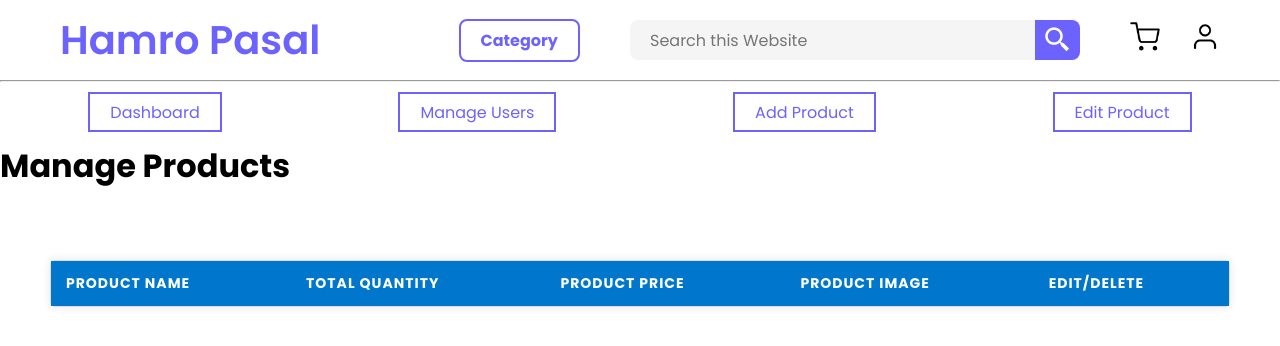
Repository: SuyogSky/Cloth-Shop
Page: http://localhost/HamroPasal/manageproducts
An editor plug-in stored every save of this project. The page is shown before and after the next save, followed by the edit.
The browser window is 1280 px wide. The pictures show the whole page.
Some web fonts or font styles are not loaded; a fallback is used. Some web libraries are served in a nearby version. The page is served by Tomcat 9. Other server files are loaded and not shown. Queries for data that is not in the repository find no rows.

Above is the page before, as saved 2023-06-02 04:32:18.

### HamroPasal/src/main/webapp/View/ManageProduct.jsp
<%@ page language="java" contentType="text/html; charset=ISO-8859-1" pageEncoding="ISO-8859-1" %>
  <%@taglib prefix="c" uri="http://java.sun.com/jsp/jstl/core" %>
      <%@ page import="java.util.Date" %>

    <!DOCTYPE html>
    <html>

    <head>
      <meta charset="UTF-8">
      <title>Insert title here</title>
      <style>
        .product-table {
          border-collapse: separate;
          border-spacing: 0;
          width: 100%;
          margin-top: 20px;
          border: 1px solid #ddd;
          border-radius: 5px;
          box-shadow: 0 0 10px rgba(0, 0, 0, 0.1);
        }

        .product-table th,
        .product-table td {
          padding: 12px 15px;
          text-align: left;
        }

        .product-table th {
          background-color: #0077cc;
          color: #fff;
          text-transform: uppercase;
          font-size: 14px;
          font-weight: 700;
          letter-spacing: 1px;
        }

        .product-table td {
          background-color: #f9f9f9;
          font-size: 14px;
          font-weight: 400;
          color: #555;
          border-top: 1px solid #ddd;
        }

        .product-table tr:hover {
          background-color: #f5f5f5;
        }

        .product-table img {
          max-width: 100px;
          max-height: 100px;
          display: block;
          margin: 0 auto;
        }

        .product-table a {
          color: #0077cc;
          text-decoration: none;
          margin-right: 10px;
        }

        .product-table a:hover {
          text-decoration: underline;
        }

        .product-table tr:nth-child(even) {
          background-color: #f5f5f5;
        }
      </style>
      <link rel="stylesheet" href="https://unpkg.com/boxicons@latest/css/boxicons.min.css">
    <link rel="stylesheet" href="${pageContext.request.contextPath}/View/CSS/navbar.css">
    <link rel="stylesheet" href="${pageContext.request.contextPath}/View/CSS/AddProduct.css">
    <link rel="preconnect" href="https://fonts.googleapis.com">
    <link rel="preconnect" href="https://fonts.gstatic.com" crossorigin>
    <link href="https://fonts.googleapis.com/css2?family=Mochiy+Pop+One&family=Poppins:wght@100;200;300;400;500;600;700;800;900&display=swap" rel="stylesheet">
    <link rel="stylesheet" href="https://cdnjs.cloudflare.com/ajax/libs/font-awesome/6.3.0/css/all.min.css" integrity="sha512-SzlrxWUlpfuzQ+pcUCosxcglQRNAq/DZjVsC0lE40xsADsfeQoEypE+enwcOiGjk/bSuGGKHEyjSoQ1zVisanQ==" crossorigin="anonymous" referrerpolicy="no-referrer" />

    </head>

    <body>
    <header>
        <span class="logo">Hamro&nbsp;Pasal</span>
        <div class="right">
        	<a href="" class="dropbtn section">Category</a>
        	<div class="dropdown-content">
          		<a href="./category?by=price">By Price</a>
          		<a href="./category?by=sale">By Sales</a>
        	</div>

            <script>
    			const select = document.querySelector(".dropbtn")
    			const option = document.querySelector(".dropdown-content")

		    	select.addEventListener("mouseenter", ()=>{
    				option.style.display = "block";
    				option.style.top="80px";
    				option.style.opacity = "1";
    			})
    			option.addEventListener("mouseleave", ()=>{
    				option.style.top="-20%";
    				option.style.opacity = "0";
    			})
			</script>

            <form action="${pageContext.request.contextPath}/search" class="search-bar">
                <input type="text" name = "item-name" class="search-field" placeholder="Search this Website" onclick="searchClicked()">
                <input type="submit" id="search">
                <label for="search"><i class='bx bx-search-alt-2'></i></label>
            </form>
            <script>
            	const searchClicked = ()=>{
            		document.querySelector(".search-result").style.top="70px";
            		document.querySelector(".search-result").style.opacity="1";
            	}
            </script>
            <div class="icons">
                <div class="cart" onclick="cartClicked()">
                    <img src="${pageContext.request.contextPath}/View/Images/shopping-cart.png" alt="">
                </div>
                <div class="profile" onclick="profileClicked()">
                    <img src="${pageContext.request.contextPath}/View/Images/user.png" alt="">
                </div>
            </div>
        </div>
        <div class="profile-section">
        	<div class="top">
                <h1>User Profile</h1>
                <i class='bx bxl-xing' onclick="profileClicked()"></i>
            </div>
        	<% String email = null;
        	if(session.getAttribute("loggedInId") == null){
        	%>
            	<div class="middle">
	                <a href="${pageContext.request.contextPath}/View/AdminLogin.jsp">Login as Admin</a>
                	<a href="${pageContext.request.contextPath}/View/Login.jsp">Login as User</a>
        	<%} else{
        		email = session.getAttribute("loggedInId").toString();
        	%>
        		<h1>You are Logged In as <%= email %></h1>
        		<%if(session.getAttribute("adminEmail") != null){%>
        			<a href="${pageContext.request.contextPath}/index.jsp">Return to Home</a><br/>
        			<a href="${pageContext.request.contextPath}/View/AdminPage.jsp">Admin Page</a><br/>
        		<%}%>

        		<%if(session.getAttribute("adminEmail") == null && session.getAttribute("loggedInId") != null){%>
         			<a href="${pageContext.request.contextPath}/editProfile?email=<%=email%> class="edit-profile-btn">Edit Profile</a><br/>

        		<%}%>

        		<a href="${pageContext.request.contextPath}/logout">Log Out</a>
        	<%} %>
        	</div>
        </div>

        <div class="cart-section">
        	<div class="top">
                <h1>Cart Items</h1>
                <i class='bx bxl-xing' onclick="profileClicked()"></i>
            </div>
        	<div class="middle" id="middle">

            </div>
        	<div class="lower">
        		<span><p class="index">Total Price: </p><p class="total-price"></p></span>
        		<a href="" id = "order" onclick="clicked()">Order Now!</a>
        	</div>
        </div>
        <script>
            const profileClicked = () =>{
                const btn = document.querySelector(".profile")
                const mainDiv = document.querySelector(".profile-section")
                const cross = document.querySelector(".profile-section .top i")
                btn.addEventListener("click", ()=>{
                    mainDiv.classList.add("active");
                })
                cross.addEventListener("click", ()=>{
                    mainDiv.classList.remove("active");
                })
            }

            const cartClicked = () =>{
            	<%if(session.getAttribute("adminEmail") == null && session.getAttribute("loggedInId") != null){ %>
                const btn = document.querySelector(".cart")
                const mainDiv = document.querySelector(".cart-section")
                const cross = document.querySelector(".cart-section .top i")
                btn.addEventListener("click", ()=>{
                    mainDiv.classList.add("active");
                })
                cross.addEventListener("click", ()=>{
                    mainDiv.classList.remove("active");
                })


                let cartDisplay = document.getElementById("middle");
				let totalPriceDisp = document.querySelector(".lower .total-price");
                // Create an empty string to store the HTML content
                let cartHtml = "";
				let totalPrice = 0;
                // Loop through the cart object and generate HTML for each item
                cartItems.forEach((item) => {
                  cartHtml += `
                	<div class="item">
  						<img src=/HamroPasal/Images/`+item.image+`?v=${time}/>
  						<span>
  							<h3>`+item.name+`</h3>
	  						<p>Price: Rs. `+item.price+`</p>
	  					</span>
  					</div>
                  `;
                  totalPrice += parseInt(item.price);
                })


                // Set the innerHTML of the cart display element to the generated HTML content
                cartDisplay.innerHTML = cartHtml;
                totalPriceDisp.innerText = totalPrice;
                <%}else{%>
                	window.location.href = "./View/Login.jsp"
                <%}%>

            }

        </script>
    </header>
    <hr>
    <section class="admin-header" style="margin:10px 0">
    	    	<a href="${pageContext.request.contextPath}/View/AdminPage.jsp">Dashboard</a>
    	<a href="${pageContext.request.contextPath}/manageusers">Manage Users</a>
    	<a href="${pageContext.request.contextPath}/View/AddProduct.jsp">Add Product</a>
    	<a href="${pageContext.request.contextPath}/manageproducts">Edit Product</a>
    </section>

      <h1>Manage Products</h1>
      <div style="padding:50px;">
        <table class="product-table">
          <tr>
            <th>Product Name</th>
            <th>Total Quantity</th>
            <th>Product Price</th>
            <th>Product Image</th>
            <th>Edit/Delete</th>
          </tr>
          <c:forEach var="st" items="${productList}">
            <tr>
              <c:out value="${st.id}" />
              <c:out value="This is loop" />
              <td>${st.productName}</td>
              <td>${st.productQuantity}</td>
              <td>${st.productPrice}</td>
              <td><img src="Images/${st.productImagePath}" alt="Images/${st.productImagePath}" height="100px" width="100px"></td>
              <td>
                <div style="margin:10px;">
                  <a href="${pageContext.request.contextPath}/editproducts?id=${st.id}">Edit</a>
                </div>
                <div style="margin:10px;">
                  <a href="${pageContext.request.contextPath}/deleteproducts?id=${st.id}">Delete</a>
                </div>
              </td>
            </tr>
          </c:forEach>

        </table>
      </div>
      <script>

      </script>
    </body>

    </html>

### HamroPasal/src/main/java/controller/ManageProduct.java
package controller;

import java.io.IOException;
import java.util.ArrayList;

import javax.servlet.RequestDispatcher;
import javax.servlet.ServletException;
import javax.servlet.annotation.WebServlet;
import javax.servlet.http.HttpServlet;
import javax.servlet.http.HttpServletRequest;
import javax.servlet.http.HttpServletResponse;

import model.DbConnection;
import model.Product;

/**
 * Servlet implementation class ViewProducts
 */
@WebServlet("/manageproducts")
public class ManageProduct extends HttpServlet {
	private static final long serialVersionUID = 1L;


	public void service(HttpServletRequest request, HttpServletResponse response) throws ServletException, IOException {

		ArrayList<Product> product = null;

		product=new DbConnection().fetchProducts();
		request.setAttribute("productList",product);
		RequestDispatcher rd = request.getRequestDispatcher("View/ManageProduct.jsp");
		rd.forward(request, response);

	}


}

### HamroPasal/src/main/webapp/View/CSS/navbar.css
@charset "ISO-8859-1";@charset "ISO-8859-1";
*{
    margin: 0;
    padding: 0;
    box-sizing: border-box;
    font-family: 'Poppins', sans-serif;
}
:root{
    --mainColor: #6c63FF;
}
header{
    width: 100%;
    height: 80px;
    display: flex;
    align-items: center;
    justify-content: space-between;
    padding: 0 60px;
}
.logo{
    font-size: 40px;
    font-weight: 600;
    color: var(--mainColor);
}

/* Dropdown Button */
.dropbtn {
	border: 2px solid var(--mainColor);
    color: var(--mainColor);
    font-weight: 700;
    border-radius: 8px;
    padding: 7px 20px;
    outline: none;
    cursor: pointer;
    text-decoration: none;
}
/* Dropdown button on hover & focus */
.dropbtn:hover,
.dropbtn:focus {
  background-color: var(--mainColor);
  color: white;
}

/* The container <div> - needed to position the dropdown content */
.dropdown {
  position: relative;
  display: inline-block;
}

/* Dropdown Content (Hidden by Default) */
.dropdown-content {

  position: absolute;
  top: 0px;
  z-index: 1;
  background-color: #f9f9f9;
  min-width: 160px;
  box-shadow: 0px 8px 16px 0px rgba(0, 0, 0, 0.2);
  top: -20%;
  opacity: 0;
  transition: all 0.5s ease;
}

/* Links inside the dropdown */
.dropdown-content a {
  color: #333;
  padding: 12px 16px;
  text-decoration: none;
  display: block;
}
/* Change color of dropdown links on hover */
.dropdown-content a:hover {
  background-color: #f1f1f1;
}

.search-bar{
    border: none;
    outline: none;
    height: 40px;
    width: 450px;
    border-radius: 8px;
    background-color: #F5F5F5;
    display: flex;
    align-items: center;
    justify-content: space-between;
    overflow: hidden;
}
.search-field{
    border: none;
    outline: none;
    height: 100%;
    width: 100%;
    overflow: hidden;
    background: transparent;
    padding: 0 20px;
    font-size: 16px;
}
input[type="submit"]{
    display: none;
}
.search-bar label{
    width: 50px;
    height: 100%;
    display: flex;
    align-items: center;
    justify-content: center;
    font-size: 30px;
    color: white;
    background-color: var(--mainColor);
    cursor: pointer;
}
.cart img, .profile img{
    width: 30px;
    cursor: pointer;
}
.right{
    display: flex;
    height: 100%;
    align-items: center;
    gap: 50px;
}
.icons{
    height: 100%;
    display: flex;
    align-items: center;
    gap: 30px;
}

.profile-section{
	height: 100vh;
	width: 350px;
	position: fixed;
    right: -100%;
    top: 0;
    background-color: rgb(225, 225, 225);
    padding: 0 30px;
    transition: all 0.7s ease;
}
.profile-section .top{
    display: flex;
    align-items: center;
    justify-content: space-between;
    padding: 15px 0;
    color: var(--mainColor);
}
.profile-section .top h1{
    font-size: 24px;
}
.profile-section .top i{
    font-size: 30px;
    cursor: pointer;
}
.profile-section .middle{
    padding: 20px;
    margin-top: 40px;
    display: flex;
    flex-direction: column;
    align-items: center;
    justify-content: center;
    gap: 20px;
}
.profile-section .middle h1{
	font-size: 12px;
}
.profile-section .middle a, edit-profile-btn{
    width: 100%;
    border: 2px solid var(--mainColor);
    display: flex;
    align-items: center;
    justify-content: center;
    padding: 10px 0;
    text-decoration: none;
    color: var(--mainColor);
}
.profile-section .middle a:hover{
    background-color: var(--mainColor);
    color: white;
}
.profile-section.active{
    right: 0;
}

.cart-section{
	height: 100vh;
	width: 350px;
	position: fixed;
    right: -100%;
    top: 0;
    background-color: rgb(225, 225, 225);
    padding: 0 30px;
    transition: all 0.7s ease;
}
.cart-section .top{
    display: flex;
    align-items: center;
    justify-content: space-between;
    padding: 15px 0;
    color: var(--mainColor);
}
.cart-section .top h1{
    font-size: 24px;
}
.cart-section .top i{
    font-size: 30px;
    cursor: pointer;
}
.cart-section .middle{
    display: flex;
    flex-direction: column;
    align-items: center;
    gap: 20px;
    height: 70%;
    overflow-y: auto;
    margin-bottom: 10px;
}
.middle .item{
	width: 100%;
	display: flex;
	align-items: center;
	background: rgba(0,0,0,0.05);
	padding: 10px;
	border-radius: 8px;
}
.middle .item img{
	width: 70px;
	height: 70px;
	margin-right: 20px;
}
.lower{
	width: 100%;
}
.lower span{
	display: flex;
	gap: 20px;
	font-weight: 600;
	font-weight: 18px;
}
.lower .index{
	color: var(--mainColor);
}
.lower a{
	display: flex;
	align-items: center;
	justify-content: center;
	width: 100%;
	height: 40px;
	background: var(--mainColor);
	border: none;
	border: 2px solid #8c2de2 0;
	text-decoration: none;
	color: white;
	font-weight: semi-bold;
	font-size: 18px;
	outline: none;
	margin-top: 5px;
}
.cart-section.active{
    right: 0;
}


.search-result{
    display: flex;
    flex-direction: column;
    align-items: center;
    width: 420px;
    overflow-y: auto;
    margin-bottom: 10px;
    position: absolute;
    top: -60%;
    right: 220px;
    background: rgba(255, 255, 255, 0.3);
    padding: 20px;
    transition: all 0.5s ease;
    opacity: 0;
}
.search-result .item{
	width: 100%;
	display: flex;
	align-items: center;
	background: rgba(255,255,255,0.5);
	padding: 10px;
	border-radius: 8px;
	margin: 10px 0;
}
.search-result .item img{
	width: 70px;
	height: 70px;
	margin-right: 20px;
}
.search-result.active{
	opacity: 1;
	top: 70px;
}
.search-head{
	width: 100%;
	display: flex;
	align-items: center;
	justify-content: space-between;
	padding: 0 30px;
	color: black;
	font-weight: 900;
	font-size: 20px;
}

### HamroPasal/src/main/webapp/View/CSS/AddProduct.css
*{
    margin: 0;
    padding: 0;
    box-sizing: border-box;
    font-family: 'Poppins', sans-serif;
}
:root{
    --mainColor: #6c63FF;
}
.admin-header{
	width: 100%;
    height: 40px;
	display: flex;
	justify-content: space-around;
}
.admin-header a{
	border: 2px solid var(--mainColor);
	padding: 10px 20px;
	display: flex;
	align-items: center;
	justify-content: center;
	color: var(--mainColor);
	text-decoration: none;
}

.add-product-form{
    width: 100%;
    height: calc(100vh - 120px);
    position: absolute;
    padding: 20px 30px;
}
.add-product-form form{
    background-color: rgba(0,0,0,0.05);
    width: 100%;
    height: 100%;
    border-radius: 10px;
    padding: 20px 30px;
    display: flex;
    justify-content: space-around;
    align-items: center;
    flex-direction: column;
}
.top{
    display: flex;
    gap: 100px;
}
.left2{
    display: flex;
    gap: 30px;
    flex-direction: column;
}
.left2 label{
    font-size: 18px;
}
.left2 input{
    width: 250px;
    height: 40px;
    border-radius: 5px;
    border: none;
    outline: none;
    padding: 0 10px;
}
.right2{
    display: flex;
    flex-direction: column;
    gap: 20px;
}
.img-section{
    width: 250px;
    height: 250px;
    border: 1px dashed black;
}
.img-section img{
	width: 100%;
	height: 100%;
}
.bottom{
    display: flex;
    gap: 60px;
}
.bottom button,.bottom a{
    border: none;
    outline: none;
    font-size: 18px;
    text-decoration: none;
    border-radius: 5px;
    cursot: pointer;
}
.bottom button{
    padding: 10px 40px;
    background-color: var(--mainColor);
}
.bottom a{
    padding: 10px 60px;
    background-color: rgba(255, 0, 0, 0.479);
    color: white;
}

Loaded but not shown: HamroPasal/src/main/java/model/DbConnection.java (585 lines, source omitted)

After the next save:
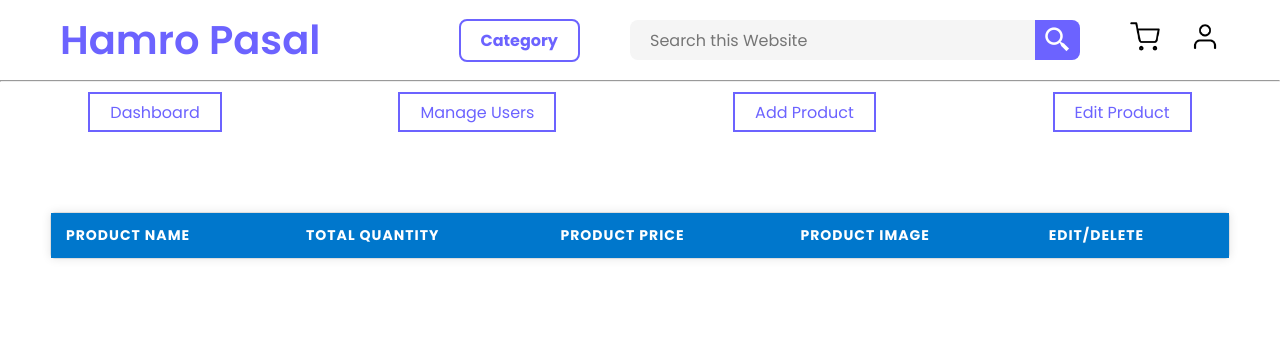
Saved 8 min 1 s later.
--- a/HamroPasal/src/main/webapp/View/ManageProduct.jsp
+++ b/HamroPasal/src/main/webapp/View/ManageProduct.jsp
@@ -229,8 +229,6 @@
     	<a href="${pageContext.request.contextPath}/View/AddProduct.jsp">Add Product</a>
     	<a href="${pageContext.request.contextPath}/manageproducts">Edit Product</a>
     </section>
-
-      <h1>Manage Products</h1>
       <div style="padding:50px;">
         <table class="product-table">
           <tr>
